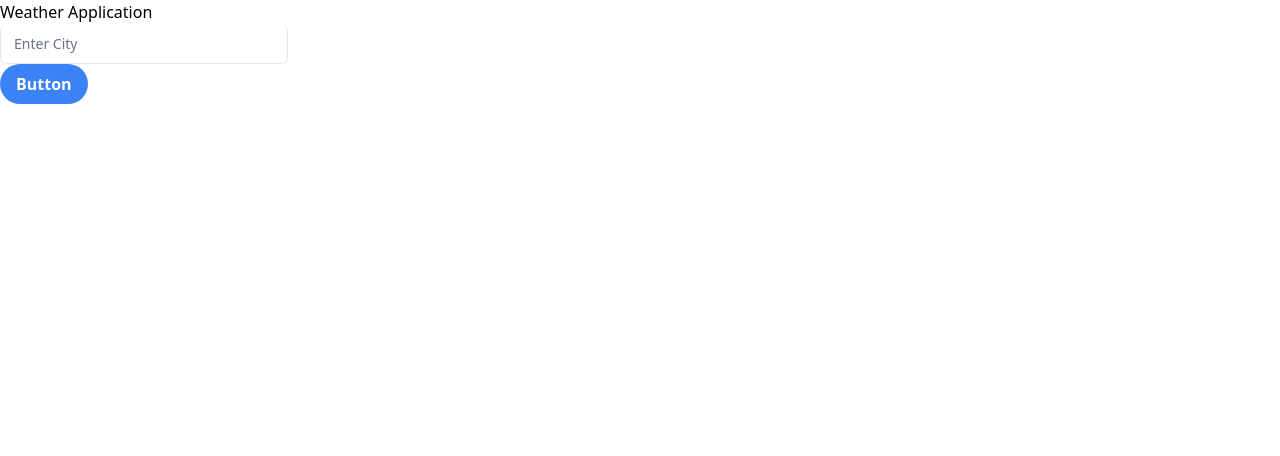
Repository: rajratangm/xweather
Page: /
These files come from the project's save history. The page is drawn as it stood at one moment and after a run of saves; the edit follows.
The browser window is 1280 px wide. The pictures show the whole page.
The project was rebuilt for these pictures with package versions that can differ from the ones it lists, and the page was loaded fresh each time. Also part of the build but not shown: src/App.css.

Above is the page before, as saved 2024-06-06 09:41:15.

### src/index.css
@tailwind base;
@tailwind components;
@tailwind utilities;

/*
body {
  margin: 0;
  font-family: -apple-system, BlinkMacSystemFont, 'Segoe UI', 'Roboto', 'Oxygen',
    'Ubuntu', 'Cantarell', 'Fira Sans', 'Droid Sans', 'Helvetica Neue',
    sans-serif;
  -webkit-font-smoothing: antialiased;
  -moz-osx-font-smoothing: grayscale;
}

code {
  font-family: source-code-pro, Menlo, Monaco, Consolas, 'Courier New',
    monospace;
} */

### src/App.js
import React, { useState, useEffect } from "react";
import "./App.css";

const WeatherApp = () => {
  const [city, setCity] = useState("");
  const [weatherData, setWeatherData] = useState([]);
  const [main, setMain] = useState()
  const [loading, setLoading] = useState(false);
  const API_KEY = "1fa9ff4126d95b8db54f3897a208e91c";

  const fetchWeatherData = async () => {
    setLoading(true);
    try {
      const response = await fetch(
        `https://api.openweathermap.org/data/2.5/weather?q=${city}&appid=1fa9ff4126d95b8db54f3897a208e91c&units=metric`
      );
      if (!response.ok) {
        throw new Error("Failed to fetch weather data");
      }
      const data = await response.json();
      setWeatherData(data.weather);
      setMain(data)
      console.log(main)
      setLoading(false);
    } catch (error) {
      setLoading(false);
      alert("Failed to fetch weather data");
    }
  };

  const handleSubmit = (e) => {
    e.preventDefault();
    fetchWeatherData();
  };

  return (
    <div className="weather-app">
      <h1>Weather Application</h1>
      <form onSubmit={handleSubmit}>
        <div class="w-72">
          <div class="relative w-full min-w-[200px] h-10">
            <input
              type="text"
              value={city}
              onChange={(e) => setCity(e.target.value)}
              class="peer w-full h-full bg-transparent text-blue-gray-700 font-sans font-normal outline outline-0 focus:outline-0 disabled:bg-blue-gray-50 disabled:border-0 transition-all placeholder-shown:border placeholder-shown:border-blue-gray-200 placeholder-shown:border-t-blue-gray-200 border focus:border-2 border-t-transparent focus:border-t-transparent text-sm px-3 py-2.5 rounded-[7px] border-blue-gray-200 focus:border-gray-900"
              placeholder=" "
            />
            <label class="flex w-full h-full select-none pointer-events-none absolute left-0 font-normal !overflow-visible truncate peer-placeholder-shown:text-blue-gray-500 leading-tight peer-focus:leading-tight peer-disabled:text-transparent peer-disabled:peer-placeholder-shown:text-blue-gray-500 transition-all -top-1.5 peer-placeholder-shown:text-sm text-[11px] peer-focus:text-[11px] before:content[' '] before:block before:box-border before:w-2.5 before:h-1.5 before:mt-[6.5px] before:mr-1 peer-placeholder-shown:before:border-transparent before:rounded-tl-md before:border-t peer-focus:before:border-t-2 before:border-l peer-focus:before:border-l-2 before:pointer-events-none before:transition-all peer-disabled:before:border-transparent after:content[' '] after:block after:flex-grow after:box-border after:w-2.5 after:h-1.5 after:mt-[6.5px] after:ml-1 peer-placeholder-shown:after:border-transparent after:rounded-tr-md after:border-t peer-focus:after:border-t-2 after:border-r peer-focus:after:border-r-2 after:pointer-events-none after:transition-all peer-disabled:after:border-transparent peer-placeholder-shown:leading-[3.75] text-gray-500 peer-focus:text-gray-900 before:border-blue-gray-200 peer-focus:before:!border-gray-900 after:border-blue-gray-200 peer-focus:after:!border-gray-900">
              Enter City
            </label>
          </div>
        </div>
        <button
          type="submit"
          class="bg-blue-500 hover:bg-blue-700 text-white font-bold py-2 px-4 rounded-full"
        >
          Button
        </button>
      </form>
      {loading && <p>Loading data...</p>}
      {weatherData.length > 0 && (
        <div className="weather-cards">
          {weatherData.map((weather, index) => (
            <div className="weather-card" key={index}>
              <a
                href="#"
                class="block max-w-sm p-6 bg-white border border-gray-200 rounded-lg shadow hover:bg-gray-100 dark:bg-gray-800 dark:border-gray-700 dark:hover:bg-gray-700"
              >
                <h5 class="mb-2 text-2xl font-bold tracking-tight text-gray-900 dark:text-white">
                  {weather.main}
                </h5>
                <p class="font-normal text-gray-700 dark:text-gray-400">
                  {weather.description}
                </p>
                <p>
                  temperature is {main.main.temp}<br/>
                  pressure is {main.main.pressure}
                </p>
              </a>

            </div>
          ))}
        </div>
      )}
    </div>
  );
};

export default WeatherApp;

Loaded but not shown: public/index.html (common file); src/index.js (common file); src/reportWebVitals.js (common file); tailwind.config.js (common file)

After the next 3 saves:
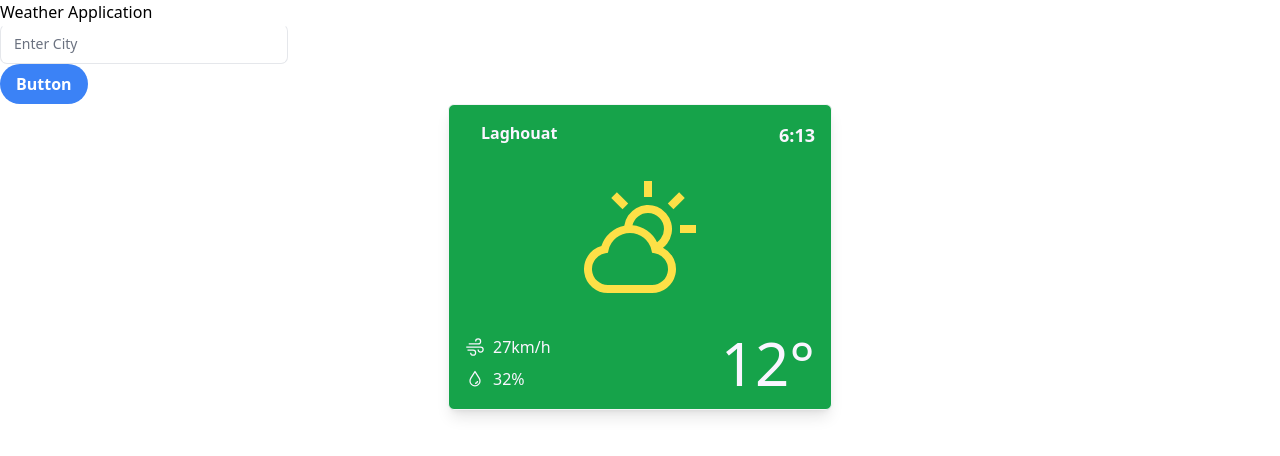
The 3 saves are shown as one change because 1 did not build or start and some came seconds apart.
The last was saved 35 s later.
--- a/src/App.js
+++ b/src/App.js
@@ -59,6 +59,42 @@
         </button>
       </form>
       {loading && <p>Loading data...</p>}
+
+<div class="flex justify-center">
+	<div
+		class="card  min-w-sm max-w-sm border border-gray-100 bg-gray-50   transition-shadow test  shadow-lg hover:shadow-shadow-xl w-full bg-green-600 text-purple-50 rounded-md">
+		<h2 class="text-md mb-2 px-4 pt-4">
+			<div class="flex justify-between">
+				<div class="badge relative top-0">
+					<span class="mt-2 py-1 h-12px text-md font-semibold w-12px  rounded right-1 bottom-1 px-4">Laghouat</span></div>
+				<span class="text-lg font-bold ">6:13</span>
+			</div>
+		</h2>
+
+		<div class="flex items-center p-4">
+			<div class="flex justify-center items-center w-96"><svg height="20" width="20" viewBox="0 0 32 32"
+					class="fill-current h-32 w-32 text-yellow-300">
+					<path
+						d="M21.743,18.6872A6.05,6.05,0,0,0,22.8,17.6006a5.9977,5.9977,0,1,0-10.7334-4.4444,7.5568,7.5568,0,0,0-5.7158,5.0879A5.9926,5.9926,0,0,0,8,30H19a5.9854,5.9854,0,0,0,2.743-11.3128ZM18,10a4.0042,4.0042,0,0,1,4,4,3.9613,3.9613,0,0,1-.8,2.3994,4.0122,4.0122,0,0,1-.94.8917,7.5416,7.5416,0,0,0-6.1339-4.2395A3.9985,3.9985,0,0,1,18,10Zm1,18H8a3.9928,3.9928,0,0,1-.6729-7.93L7.99,19.958l.1456-.6562a5.4958,5.4958,0,0,1,10.729,0l.1464.6562.6622.1123A3.9928,3.9928,0,0,1,19,28Z"
+						transform="translate(0 .005)"></path>
+					<path d="M26 13.005H30V15.005H26z"></path>
+					<path d="M23.071 5.929H27.071V7.929H23.071z" transform="rotate(-45 25.077 6.931)"></path>
+					<path d="M17 2.005H19V6.005H17z"></path>
+					<path d="M9.929 4.929H11.929V8.929H9.929z" transform="rotate(-45 10.935 6.931)"></path>
+				</svg></div>
+		</div>
+		<div class="text-md pt-4 pb-4 px-4">
+			<div class="flex justify-between items-center">
+				<div class="space-y-2">
+					<span class="flex space-x-2 items-center"><svg height="20" width="20" viewBox="0 0 32 32" class="fill-current"><path d="M13,30a5.0057,5.0057,0,0,1-5-5h2a3,3,0,1,0,3-3H4V20h9a5,5,0,0,1,0,10Z"></path><path d="M25 25a5.0057 5.0057 0 01-5-5h2a3 3 0 103-3H2V15H25a5 5 0 010 10zM21 12H6V10H21a3 3 0 10-3-3H16a5 5 0 115 5z"></path></svg> <span>27km/h</span></span><span class="flex space-x-2 items-center"><svg height="20" width="20" viewBox="0 0 32 32" class="fill-current"><path d="M16,24V22a3.2965,3.2965,0,0,0,3-3h2A5.2668,5.2668,0,0,1,16,24Z"></path><path d="M16,28a9.0114,9.0114,0,0,1-9-9,9.9843,9.9843,0,0,1,1.4941-4.9554L15.1528,3.4367a1.04,1.04,0,0,1,1.6944,0l6.6289,10.5564A10.0633,10.0633,0,0,1,25,19,9.0114,9.0114,0,0,1,16,28ZM16,5.8483l-5.7817,9.2079A7.9771,7.9771,0,0,0,9,19a7,7,0,0,0,14,0,8.0615,8.0615,0,0,0-1.248-3.9953Z"></path></svg> <span>32%</span></span>
+				</div>
+				<div>
+					<h1 class="text-6xl"> 12° </h1>
+				</div>
+			</div>
+		</div>
+	</div>
+</div>
       {weatherData.length > 0 && (
         <div className="weather-cards">
           {weatherData.map((weather, index) => (

After the save that followed:
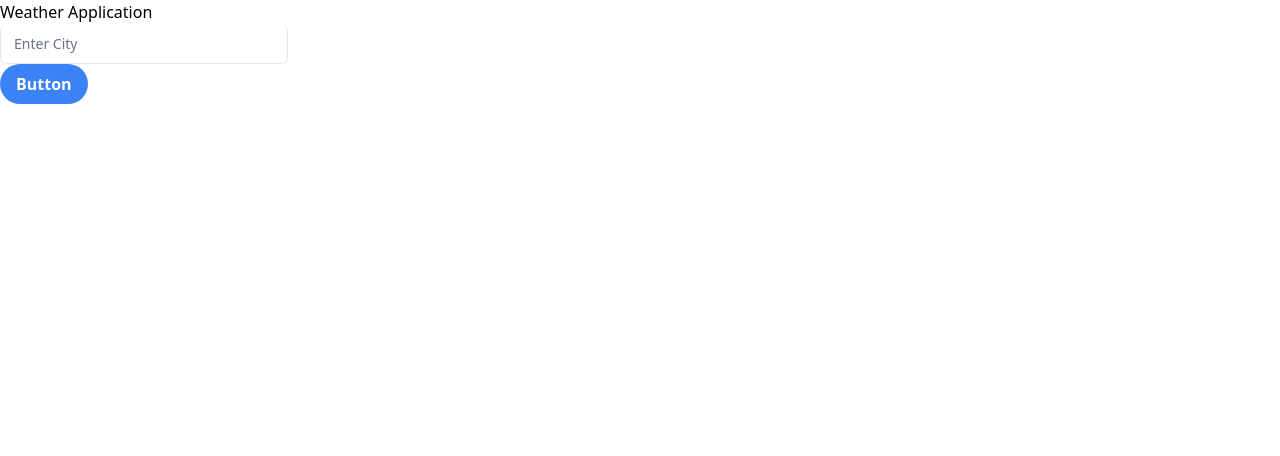
Saved 15 s later.
--- a/src/App.js
+++ b/src/App.js
@@ -60,41 +60,6 @@
       </form>
       {loading && <p>Loading data...</p>}
 
-<div class="flex justify-center">
-	<div
-		class="card  min-w-sm max-w-sm border border-gray-100 bg-gray-50   transition-shadow test  shadow-lg hover:shadow-shadow-xl w-full bg-green-600 text-purple-50 rounded-md">
-		<h2 class="text-md mb-2 px-4 pt-4">
-			<div class="flex justify-between">
-				<div class="badge relative top-0">
-					<span class="mt-2 py-1 h-12px text-md font-semibold w-12px  rounded right-1 bottom-1 px-4">Laghouat</span></div>
-				<span class="text-lg font-bold ">6:13</span>
-			</div>
-		</h2>
-
-		<div class="flex items-center p-4">
-			<div class="flex justify-center items-center w-96"><svg height="20" width="20" viewBox="0 0 32 32"
-					class="fill-current h-32 w-32 text-yellow-300">
-					<path
-						d="M21.743,18.6872A6.05,6.05,0,0,0,22.8,17.6006a5.9977,5.9977,0,1,0-10.7334-4.4444,7.5568,7.5568,0,0,0-5.7158,5.0879A5.9926,5.9926,0,0,0,8,30H19a5.9854,5.9854,0,0,0,2.743-11.3128ZM18,10a4.0042,4.0042,0,0,1,4,4,3.9613,3.9613,0,0,1-.8,2.3994,4.0122,4.0122,0,0,1-.94.8917,7.5416,7.5416,0,0,0-6.1339-4.2395A3.9985,3.9985,0,0,1,18,10Zm1,18H8a3.9928,3.9928,0,0,1-.6729-7.93L7.99,19.958l.1456-.6562a5.4958,5.4958,0,0,1,10.729,0l.1464.6562.6622.1123A3.9928,3.9928,0,0,1,19,28Z"
-						transform="translate(0 .005)"></path>
-					<path d="M26 13.005H30V15.005H26z"></path>
-					<path d="M23.071 5.929H27.071V7.929H23.071z" transform="rotate(-45 25.077 6.931)"></path>
-					<path d="M17 2.005H19V6.005H17z"></path>
-					<path d="M9.929 4.929H11.929V8.929H9.929z" transform="rotate(-45 10.935 6.931)"></path>
-				</svg></div>
-		</div>
-		<div class="text-md pt-4 pb-4 px-4">
-			<div class="flex justify-between items-center">
-				<div class="space-y-2">
-					<span class="flex space-x-2 items-center"><svg height="20" width="20" viewBox="0 0 32 32" class="fill-current"><path d="M13,30a5.0057,5.0057,0,0,1-5-5h2a3,3,0,1,0,3-3H4V20h9a5,5,0,0,1,0,10Z"></path><path d="M25 25a5.0057 5.0057 0 01-5-5h2a3 3 0 103-3H2V15H25a5 5 0 010 10zM21 12H6V10H21a3 3 0 10-3-3H16a5 5 0 115 5z"></path></svg> <span>27km/h</span></span><span class="flex space-x-2 items-center"><svg height="20" width="20" viewBox="0 0 32 32" class="fill-current"><path d="M16,24V22a3.2965,3.2965,0,0,0,3-3h2A5.2668,5.2668,0,0,1,16,24Z"></path><path d="M16,28a9.0114,9.0114,0,0,1-9-9,9.9843,9.9843,0,0,1,1.4941-4.9554L15.1528,3.4367a1.04,1.04,0,0,1,1.6944,0l6.6289,10.5564A10.0633,10.0633,0,0,1,25,19,9.0114,9.0114,0,0,1,16,28ZM16,5.8483l-5.7817,9.2079A7.9771,7.9771,0,0,0,9,19a7,7,0,0,0,14,0,8.0615,8.0615,0,0,0-1.248-3.9953Z"></path></svg> <span>32%</span></span>
-				</div>
-				<div>
-					<h1 class="text-6xl"> 12° </h1>
-				</div>
-			</div>
-		</div>
-	</div>
-</div>
       {weatherData.length > 0 && (
         <div className="weather-cards">
           {weatherData.map((weather, index) => (
